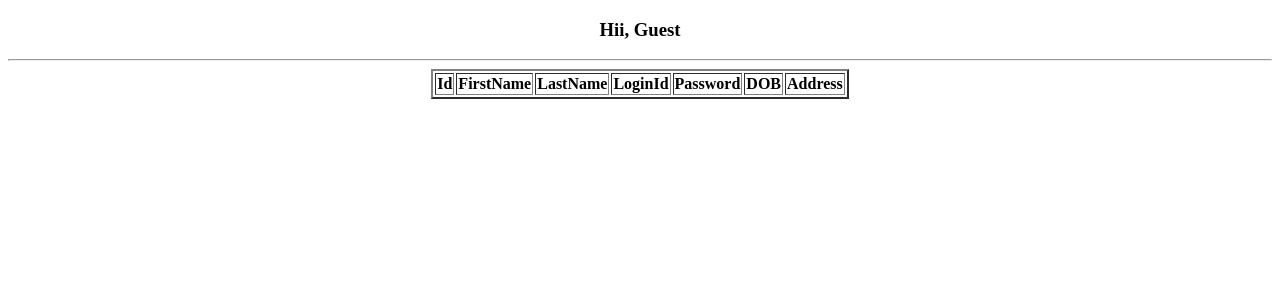
Repository: Jatdevta/AdvanceJava
Page: http://localhost/DynamicProject/UserListCtl
These files come from the project's save history. The page is drawn as it stood at one moment and after the next save; the edit follows.
The browser window is 1280 px wide. The pictures show the whole page.
The page is served by Tomcat 9. Other server files are loaded and not shown. Queries for data that is not in the repository find no rows.

Above is the page before, as saved 2023-08-21 08:43:04.

### Advancejava/DynamicProject/WebContent/UserListView.jsp
<%@page import="java.util.List"%>
<%@page import="java.util.Iterator"%>
<%@ page language="java" contentType="text/html; charset=ISO-8859-1"
    pageEncoding="ISO-8859-1"%>
<!DOCTYPE html>
<html>
<head>
<center>
<meta charset="ISO-8859-1">
<title>Insert title here</title>
</head>
<body>
<form action="">

<%@ include file="Header.jsp"%>
  <% List list = (List)request.getAttribute("list");
  Iterator it = list.iterator();
  %>
 <table border="2">

 <tr>

 <th>Id</th>
 <th>FirstName</th>
 <th>LastName</th>
 <th>LoginId</th>
 <th>Password</th>
 <th>DOB</th>
 <th>Address</th>

 </tr>
 <%
 while (it.hasNext()){
	 bean = (UserBean)it.next();

	  %>
 <tr>


  <td><%=bean.getId() %></td>
 <td><%=bean.getFirstName() %></td>
 <td><%=bean.getLastName() %></td>
 <td><%=bean.getLoginId() %></td>
 <td><%=bean.getPassword() %></td>
 <td><%=bean.getDob() %></td>
 <td><%=bean.getAddress() %></td>

  </tr>
 <%
 }
 %>

 </center>
</table>
 </form>
</body>
</html>

### Advancejava/DynamicProject/WebContent/Header.jsp
<%@page import="in.co.rays.model.UserModel"%>
<%@page import="in.co.rays.bean.UserBean"%>
<%@ page language="java" contentType="text/html; charset=ISO-8859-1"
	pageEncoding="ISO-8859-1"%>
<!DOCTYPE html>
<html>
<head>
<meta charset="ISO-8859-1">
<title>Insert title here</title>
</head>
<body>
	<%
		UserBean bean = (UserBean) session.getAttribute("user");

	%>

	<%
	if(bean !=null) {

	%>
	<h3>
		Hi....!!!,
		<%=bean.getFirstName()  %>   </h3>
	<a href="UserListCtl">UserList</a>
	<a a href= "MarksheetListCtl">MarkList</a>
<a href="LoginCtl?operation=Logout">Logout</a>
	<a href="LoginCtl?operation=Logout">Logout </a>

	<%} else { %>

	<h3>Hii, Guest</h3>
	<%} %>
	<hr>

</body>
</html>

### Advancejava/DynamicProject/src/in/co/rays/ctl/UserListCtl.java
package in.co.rays.ctl;

import java.io.IOException;
import java.util.List;

import javax.servlet.RequestDispatcher;
import javax.servlet.ServletException;
import javax.servlet.annotation.WebServlet;
import javax.servlet.http.HttpServlet;
import javax.servlet.http.HttpServletRequest;
import javax.servlet.http.HttpServletResponse;

import in.co.rays.model.UserModel;
@WebServlet("/UserListCtl")
public class UserListCtl extends HttpServlet{

	@Override
	protected void doGet(HttpServletRequest req, HttpServletResponse resp) throws ServletException, IOException {

		UserModel model = new UserModel();
		try {

          List list= model.search(null, 1, 5);
			req.setAttribute("list", list);
			RequestDispatcher rd = req.getRequestDispatcher("UserListView.jsp");
			rd.forward(req, resp);

		} catch (Exception e) {
          e.printStackTrace();
		}

	}
	@Override
	protected void doPost(HttpServletRequest req, HttpServletResponse resp) throws ServletException, IOException {


	}

}

### Advancejava/DynamicProject/src/in/co/rays/model/UserModel.java
package in.co.rays.model;

import java.sql.Connection;
import java.sql.DriverManager;
import java.sql.PreparedStatement;
import java.sql.ResultSet;
import java.util.ArrayList;
import java.util.List;

import in.co.rays.bean.UserBean;
import in.co.rays.util.JDBCDataSource;

public class UserModel {

	public Integer nextPk() throws Exception {
		int Pk = 0;

		Class.forName("com.mysql.cj.jdbc.Driver");
		Connection cn = DriverManager.getConnection("jdbc:mysql://localhost:3306/advance_java", "root", "root");

	//	Connection cn = JDBCDataSource.getConnection();
		PreparedStatement ps = cn.prepareStatement("select max(id) from user");

		ResultSet rs = ps.executeQuery();

		while (rs.next()) {

			Pk = rs.getInt(1);
		}

		return Pk + 1;

	}

	public void add(UserBean bean) throws Exception {

		Class.forName("com.mysql.cj.jdbc.Driver");

		Connection cn = DriverManager.getConnection("jdbc:mysql://localhost:3306/advance_java", "root", "root");
		PreparedStatement ps = cn.prepareStatement("insert into user values(?,?,?,?,?,?,?)");
		ps.setInt(1, nextPk());
		// ps.setInt(1,bean.getId());
		ps.setString(2, bean.getFirstName());
		ps.setString(3, bean.getLastName());
		ps.setString(4, bean.getLoginId());
		ps.setString(5, bean.getPassword());
     	ps.setDate(6, new java.sql.Date(bean.getDob().getTime()));
    	ps.setString(7, bean.getAddress());


		int i = ps.executeUpdate();

		System.out.println("Data inserted " + i);
	}

	public void update(UserBean bean) throws Exception {
		Class.forName("com.mysql.cj.jdbc.Driver");

		Connection cn = DriverManager.getConnection("jdbc:mysql://localhost:3306/advance_java", "root", "root");
		PreparedStatement ps = cn.prepareStatement("update user set first_name =?,last_name = ?,login_id = ?,password = ?,dob = ?,address = ? where id = ?");

		ps.setString(1, bean.getFirstName());
		ps.setString(2, bean.getLastName());
		ps.setString(3, bean.getLoginId());
		ps.setString(4, bean.getPassword());
	   ps.setDate(5, new java.sql.Date(bean.getDob().getTime()));
		ps.setString(6, bean.getAddress());
		ps.setInt(7, bean.getId());

		int i = ps.executeUpdate();

		System.out.println("Data updated " + i);

	}

	public UserBean findByPk(int id) throws Exception {

		Class.forName("com.mysql.cj.jdbc.Driver");
		Connection con = DriverManager.getConnection("jdbc:mysql://localhost:3306/advance_java", "root", "root");
		PreparedStatement ps = con.prepareStatement("select * from user where id =?");

		ps.setInt(1, id);

		ResultSet rs = ps.executeQuery();

		UserBean bean = null;

		while (rs.next()) {
			bean = new UserBean();

			bean.setId(rs.getInt(1));
			bean.setFirstName(rs.getString(2));
			bean.setLastName(rs.getString(3));
			bean.setLoginId(rs.getString(4));
			bean.setPassword(rs.getString(5));
			bean.setDob(rs.getDate(6));
			bean.setAddress(rs.getString(7));


		}
		return bean;

	}




	public List search(UserBean bean, int pageNo, int pageSize) throws Exception {

		Class.forName("com.mysql.cj.jdbc.Driver");

		Connection conn = DriverManager.getConnection("jdbc:mysql://localhost:3306/advance_java", "root", "root");

		StringBuffer sql = new StringBuffer("select * from user where 1=1");

		if (bean != null) {

			if (bean.getFirstName() != null && bean.getFirstName().length() > 0) {

				sql.append(" and First_Name like '" + bean.getFirstName() + "%'");

			}
			if (bean.getId() != 0 && bean.getId() > 0) {

				sql.append(" and id = " + bean.getId());

			}
			if (bean.getLoginId() != null && bean.getLoginId().length() > 0) {

				sql.append(" and Login_Id like '" + bean.getLoginId() + "%'");
			}

			if (bean.getDob() != null && bean.getDob().getTime() > 0) {

				sql.append(" and Dob like '" + new java.sql.Date(bean.getDob().getTime()) + "%'");

			}
			if (bean.getAddress() != null && bean.getAddress().length()>0) {
				sql.append(" and address like '" + bean.getAddress() + "%'");
			}


			if (pageSize > 0) {

				pageNo = (pageNo - 1) * pageSize;

				sql.append(" limit " + pageNo + " , " + pageSize);
			}

		}

		System.out.println(sql.toString());

		PreparedStatement ps = conn.prepareStatement(sql.toString());

		ResultSet rs = ps.executeQuery();

		List list = new ArrayList();

		while (rs.next()) {

			bean = new UserBean();
			bean.setId(rs.getInt(1));
			bean.setFirstName(rs.getString(2));
			bean.setLastName(rs.getString(3));
			bean.setLoginId(rs.getString(4));
			bean.setPassword(rs.getString(5));
			bean.setDob(rs.getDate(6));
			bean.setAddress(rs.getString(7));

			list.add(bean);

		}

		return list;

	}

	public UserBean findByloginId(String loginId) throws Exception {

		Class.forName("com.mysql.cj.jdbc.Driver");
		Connection con = DriverManager.getConnection("jdbc:mysql://localhost:3306/advance_java", "root", "root");
		PreparedStatement ps = con.prepareStatement("select * from user where loginId =?");

		ps.setString(1, loginId);


		ResultSet rs = ps.executeQuery();

		UserBean bean = null;

		while (rs.next()) {
			bean = new UserBean();

			bean.setId(rs.getInt(1));
			bean.setFirstName(rs.getString(2));
			bean.setLastName(rs.getString(3));
			bean.setLoginId(rs.getString(4));
			bean.setPassword(rs.getString(5));
			bean.setDob(rs.getDate(6));
			bean.setAddress(rs.getString(7));


		}
		return bean;

	}

	public UserBean authenticate(String loginId,String password) throws Exception {

		Class.forName("com.mysql.cj.jdbc.Driver");
		Connection con = DriverManager.getConnection("jdbc:mysql://localhost:3306/advance_java", "root", "root");
		PreparedStatement ps = con.prepareStatement("select * from user where loginId =? and password =?");

		ps.setString(1, loginId);
		ps.setString(2, password);

		ResultSet rs = ps.executeQuery();

		UserBean bean = null;

		while (rs.next()) {
			bean = new UserBean();

			bean.setId(rs.getInt(1));
			bean.setFirstName(rs.getString(2));
			bean.setLastName(rs.getString(3));
			bean.setLoginId(rs.getString(4));
			bean.setPassword(rs.getString(5));
			bean.setDob(rs.getDate(6));
			bean.setAddress(rs.getString(7));


		}
		return bean;

	}
public void delte(int id) throws Exception {

		Connection con = JDBCDataSource.getConnection();

		PreparedStatement ps = con.prepareStatement("Delete from user where id =?");

		ps.setInt(1, id);

		int i  = ps.executeUpdate();
		 System.out.println("Data Deleted = "+i);

}
}

After the next save:
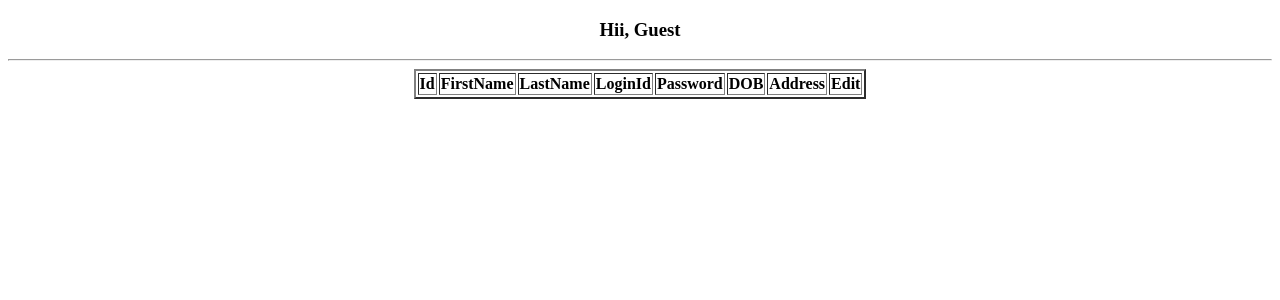
Saved 96 s later.
--- a/Advancejava/DynamicProject/WebContent/UserListView.jsp
+++ b/Advancejava/DynamicProject/WebContent/UserListView.jsp
@@ -27,6 +27,7 @@
  <th>Password</th>
  <th>DOB</th>
  <th>Address</th>
+ <th>Edit</th>
 
  </tr>
  <%
